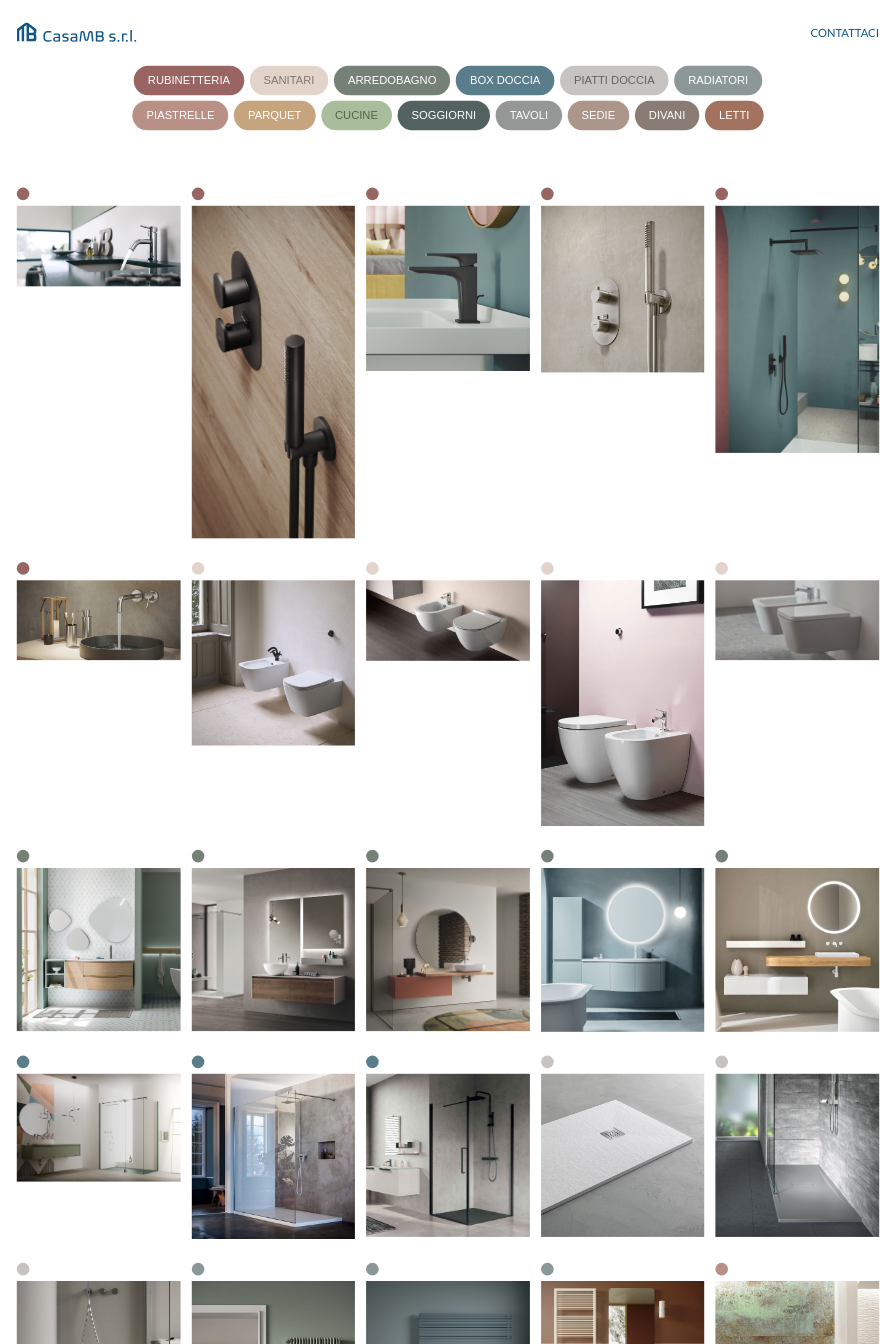
Repository: nicolorz/casamb
Page: /
The author's editor kept a copy of each file at every save. The page is drawn from the files as they stood at one save, then again after the next save.
The browser window is 1280 px wide. The pictures show the part of the page from y = 0 to 1920 px (the page is 4666 px tall before and 4670 px after), at 70% of full size.
The project was rebuilt for these pictures with package versions that can differ from the ones it lists, and the page was loaded fresh each time. Also part of the build but not shown: src/index.css, src/App.css.

Above is the page before, as saved 2023-07-20 15:11:18.

After the next save:
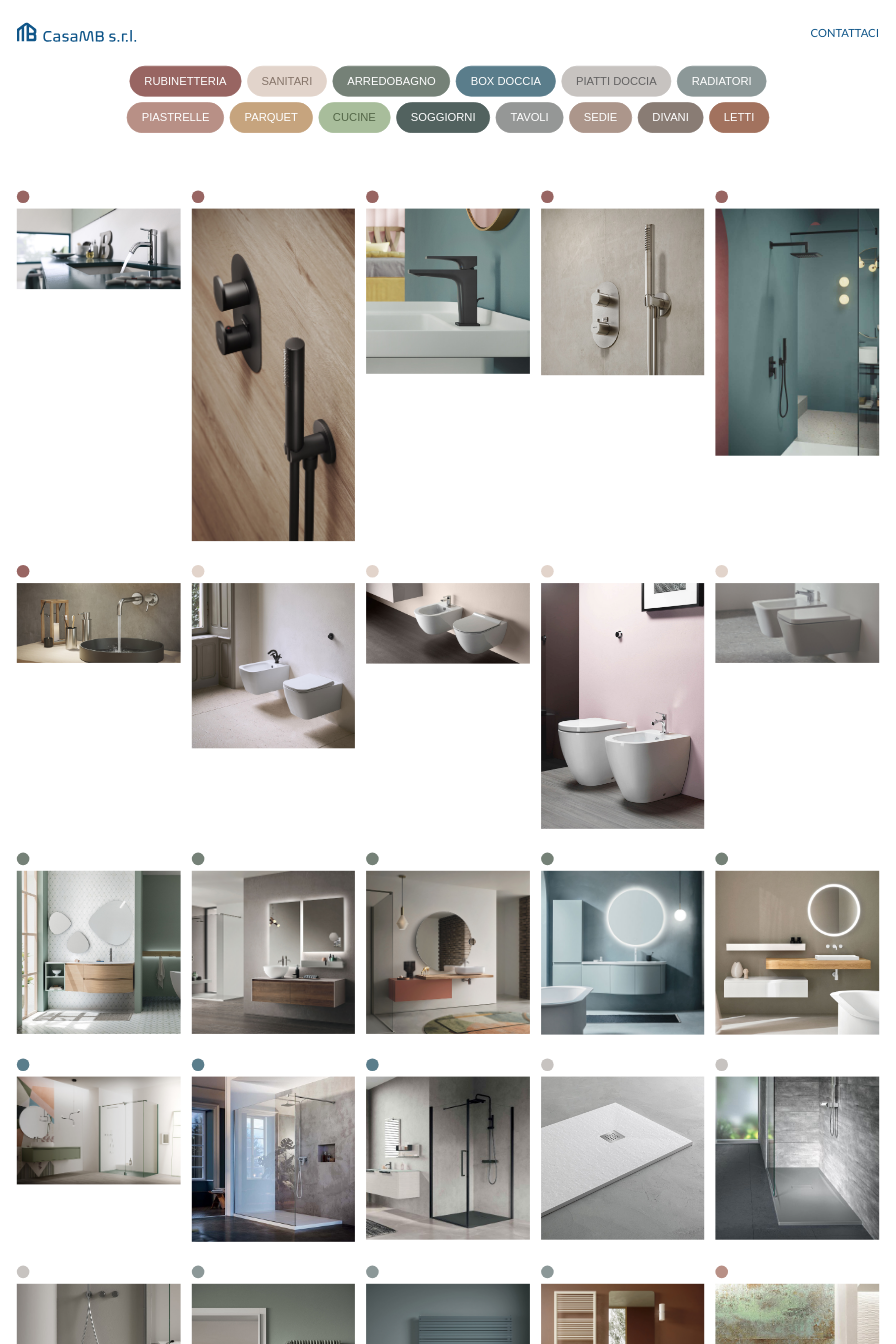
Saved 3 min 15 s later.
--- a/src/components/SortingBtn/Sortingbtn.js
+++ b/src/components/SortingBtn/Sortingbtn.js
@@ -14,7 +14,7 @@ export const SortingBtn = ({button}) => {
             backgroundColor: active ? colorCodes[button.tag] : '#fff',
             // color: button.color ? '#fff' : button.textColor
             color: active ? (button.textColor ?? 'fff') : colorCodes[button.tag],
-            border: active ? 0 : `1px solid ${colorCodes[button.tag]}`
+            border: `1px solid ${colorCodes[button.tag]}`
         }}
         onClick={handleClick}
         >
